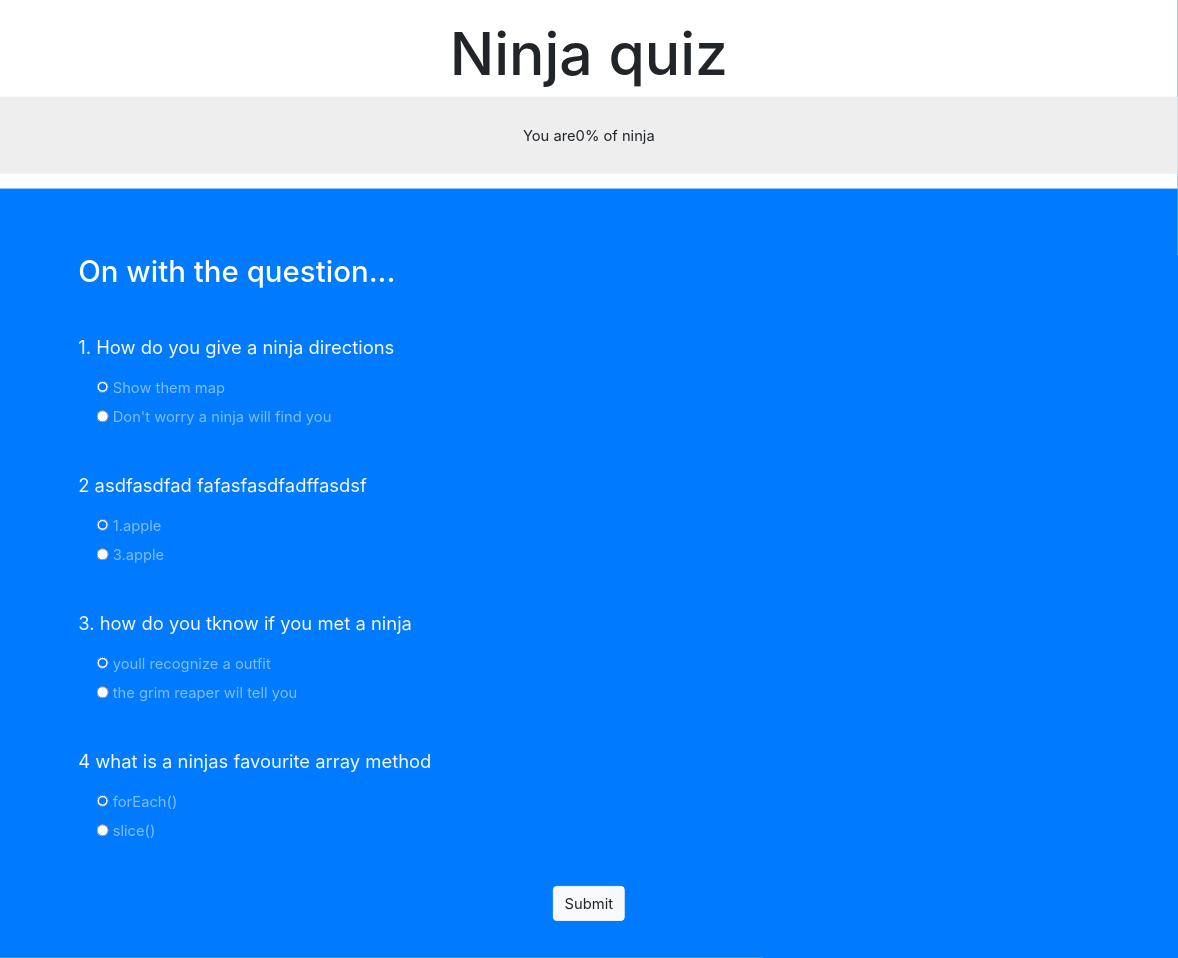
Repository: ajgors/config
Page: Nauka Js/Projekty/Quiz/index.html
These files come from the project's save history. The page is drawn as it stood at one moment and after the next save; the edit follows.
The browser window is 1280 px wide. The pictures show the whole page, at 92% of full size.

Above is the page before, as saved 2019-08-11 18:16:00.

After the next save:
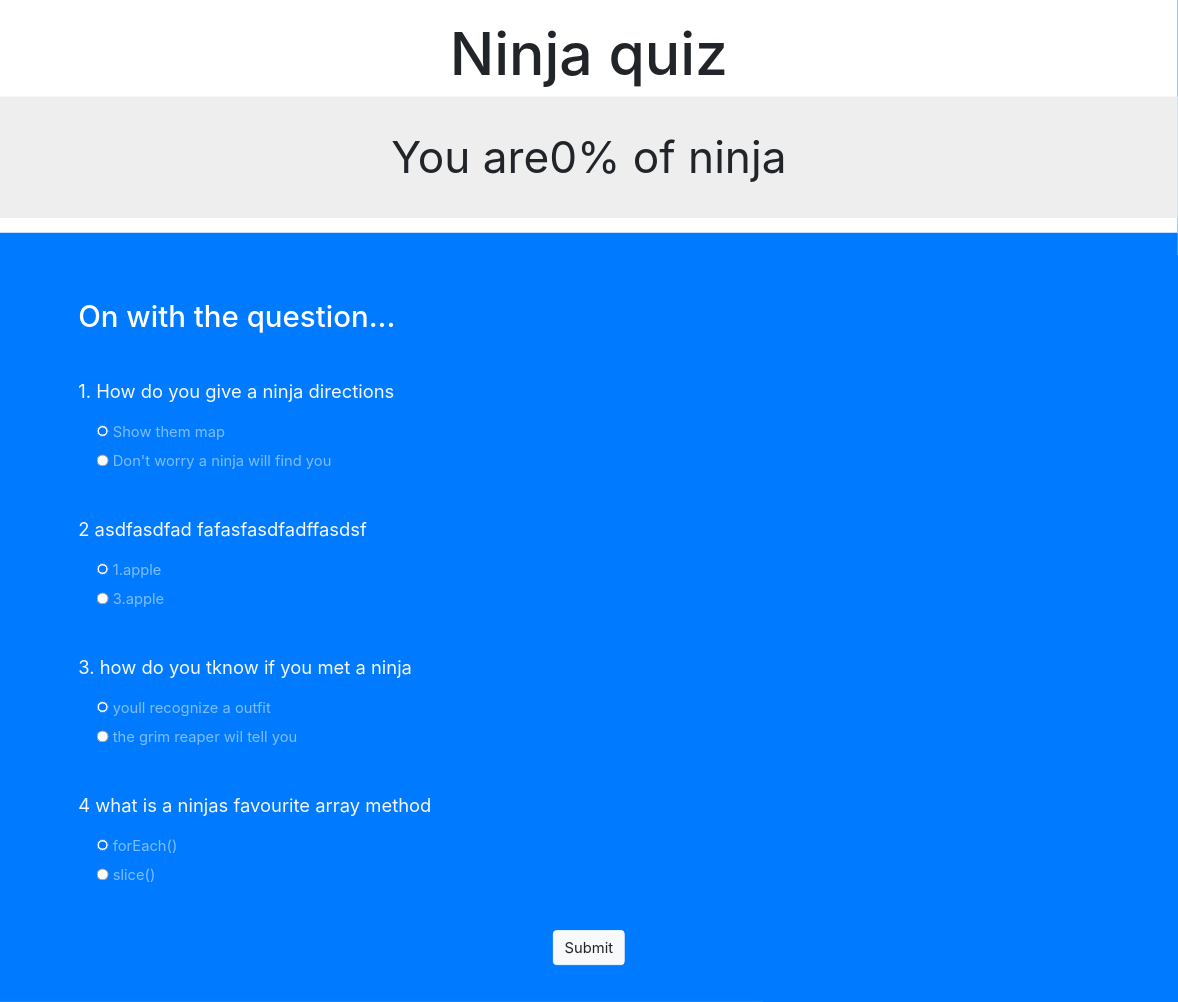
Saved 14 s later.
--- a/Nauka Js/Projekty/Quiz/css.css
+++ b/Nauka Js/Projekty/Quiz/css.css
@@ -9,5 +9,6 @@
 }
 .result__paragraph{
     text-align: center;
-    padding: 30px
+    padding: 30px;
+    font-size: 3em
 }
